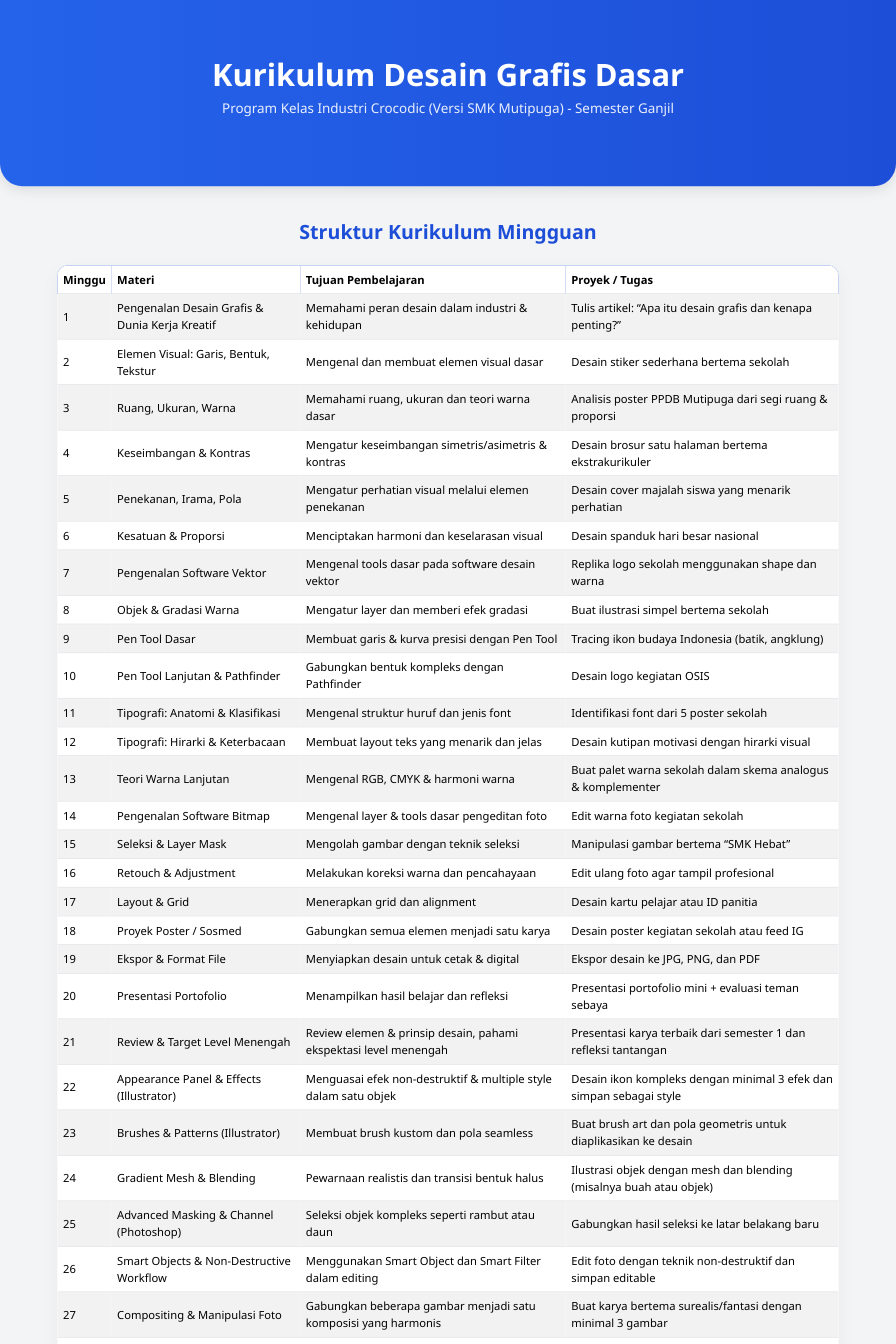
Repository: ppdbsmkmutipuga/kurikulumdesain
Page: index.html
These files come from the project's save history. The page is drawn as it stood at one moment and after the next save; the edit follows.
The browser window is 1280 px wide. The pictures show the part of the page from y = 0 to 1920 px (the page is 2891 px tall before and 2997 px after), at 70% of full size.

Above is the page before, as saved 2025-07-01 03:59:10.

### index.html
<!-- index.html -->
<!DOCTYPE html>
<html lang="id">

<head>
    <meta charset="UTF-8" />
    <meta name="viewport" content="width=device-width, initial-scale=1.0" />
    <title>Kurikulum Desain Grafis - SMK Mutipuga</title>
    <link href="https://cdn.jsdelivr.net/npm/bootstrap@5.3.3/dist/css/bootstrap.min.css" rel="stylesheet" />
    <link href="style.css" rel="stylesheet" />
</head>

<body>

    <!-- Hero Section -->
    <section class="hero">
        <div class="container">
            <h1>Kurikulum Desain Grafis Dasar</h1>
            <p>Program Kelas Industri Crocodic (Versi SMK Mutipuga) - Semester Ganjil</p>
        </div>
    </section>


    <!-- Table Section -->
    <section class="container my-5">
        <h2 class="section-title">Struktur Kurikulum Mingguan</h2>
        <div class="table-container">
            <div class="table-responsive">
                <table class="table table-striped table-hover align-middle mb-0" id="kurikulumTable">
                    <thead>
                        <tr>
                            <th scope="col">Minggu</th>
                            <th scope="col">Materi</th>
                            <th scope="col">Tujuan Pembelajaran</th>
                            <th scope="col">Proyek / Tugas</th>
                        </tr>
                    </thead>
                    <tbody>
                        <tr>
                            <td>1</td>
                            <td>Pengenalan Desain Grafis & Dunia Kerja Kreatif</td>
                            <td>Memahami peran desain dalam industri & kehidupan</td>
                            <td>Tulis artikel: “Apa itu desain grafis dan kenapa penting?”</td>
                        </tr>
                        <tr>
                            <td>2</td>
                            <td>Elemen Visual: Garis, Bentuk, Tekstur</td>
                            <td>Mengenal dan membuat elemen visual dasar</td>
                            <td>Desain stiker sederhana bertema sekolah</td>
                        </tr>
                        <tr>
                            <td>3</td>
                            <td>Ruang, Ukuran, Warna</td>
                            <td>Memahami ruang, ukuran dan teori warna dasar</td>
                            <td>Analisis poster PPDB Mutipuga dari segi ruang & proporsi</td>
                        </tr>
                        <tr>
                            <td>4</td>
                            <td>Keseimbangan & Kontras</td>
                            <td>Mengatur keseimbangan simetris/asimetris & kontras</td>
                            <td>Desain brosur satu halaman bertema ekstrakurikuler</td>
                        </tr>
                        <tr>
                            <td>5</td>
                            <td>Penekanan, Irama, Pola</td>
                            <td>Mengatur perhatian visual melalui elemen penekanan</td>
                            <td>Desain cover majalah siswa yang menarik perhatian</td>
                        </tr>
                        <tr>
                            <td>6</td>
                            <td>Kesatuan & Proporsi</td>
                            <td>Menciptakan harmoni dan keselarasan visual</td>
                            <td>Desain spanduk hari besar nasional</td>
                        </tr>
                        <tr>
                            <td>7</td>
                            <td>Pengenalan Software Vektor</td>
                            <td>Mengenal tools dasar pada software desain vektor</td>
                            <td>Replika logo sekolah menggunakan shape dan warna</td>
                        </tr>
                        <tr>
                            <td>8</td>
                            <td>Objek & Gradasi Warna</td>
                            <td>Mengatur layer dan memberi efek gradasi</td>
                            <td>Buat ilustrasi simpel bertema sekolah</td>
                        </tr>
                        <tr>
                            <td>9</td>
                            <td>Pen Tool Dasar</td>
                            <td>Membuat garis & kurva presisi dengan Pen Tool</td>
                            <td>Tracing ikon budaya Indonesia (batik, angklung)</td>
                        </tr>
                        <tr>
                            <td>10</td>
                            <td>Pen Tool Lanjutan & Pathfinder</td>
                            <td>Gabungkan bentuk kompleks dengan Pathfinder</td>
                            <td>Desain logo kegiatan OSIS</td>
                        </tr>
                        <tr>
                            <td>11</td>
                            <td>Tipografi: Anatomi & Klasifikasi</td>
                            <td>Mengenal struktur huruf dan jenis font</td>
                            <td>Identifikasi font dari 5 poster sekolah</td>
                        </tr>
                        <tr>
                            <td>12</td>
                            <td>Tipografi: Hirarki & Keterbacaan</td>
                            <td>Membuat layout teks yang menarik dan jelas</td>
                            <td>Desain kutipan motivasi dengan hirarki visual</td>
                        </tr>
                        <tr>
                            <td>13</td>
                            <td>Teori Warna Lanjutan</td>
                            <td>Mengenal RGB, CMYK & harmoni warna</td>
                            <td>Buat palet warna sekolah dalam skema analogus & komplementer</td>
                        </tr>
                        <tr>
                            <td>14</td>
                            <td>Pengenalan Software Bitmap</td>
                            <td>Mengenal layer & tools dasar pengeditan foto</td>
                            <td>Edit warna foto kegiatan sekolah</td>
                        </tr>
                        <tr>
                            <td>15</td>
                            <td>Seleksi & Layer Mask</td>
                            <td>Mengolah gambar dengan teknik seleksi</td>
                            <td>Manipulasi gambar bertema “SMK Hebat”</td>
                        </tr>
                        <tr>
                            <td>16</td>
                            <td>Retouch & Adjustment</td>
                            <td>Melakukan koreksi warna dan pencahayaan</td>
                            <td>Edit ulang foto agar tampil profesional</td>
                        </tr>
                        <tr>
                            <td>17</td>
                            <td>Layout & Grid</td>
                            <td>Menerapkan grid dan alignment</td>
                            <td>Desain kartu pelajar atau ID panitia</td>
                        </tr>
                        <tr>
                            <td>18</td>
                            <td>Proyek Poster / Sosmed</td>
                            <td>Gabungkan semua elemen menjadi satu karya</td>
                            <td>Desain poster kegiatan sekolah atau feed IG</td>
                        </tr>
                        <tr>
                            <td>19</td>
                            <td>Ekspor & Format File</td>
                            <td>Menyiapkan desain untuk cetak & digital</td>
                            <td>Ekspor desain ke JPG, PNG, dan PDF</td>
                        </tr>
                        <tr>
                            <td>20</td>
                            <td>Presentasi Portofolio</td>
                            <td>Menampilkan hasil belajar dan refleksi</td>
                            <td>Presentasi portofolio mini + evaluasi teman sebaya</td>
                        </tr>
                        <tr>
                            <td>21</td>
                            <td>Review & Target Level Menengah</td>
                            <td>Review elemen & prinsip desain, pahami ekspektasi level menengah</td>
                            <td>Presentasi karya terbaik dari semester 1 dan refleksi tantangan</td>
                        </tr>
                        <tr>
                            <td>22</td>
                            <td>Appearance Panel & Effects (Illustrator)</td>
                            <td>Menguasai efek non-destruktif & multiple style dalam satu objek</td>
                            <td>Desain ikon kompleks dengan minimal 3 efek dan simpan sebagai style</td>
                        </tr>
                        <tr>
                            <td>23</td>
                            <td>Brushes & Patterns (Illustrator)</td>
                            <td>Membuat brush kustom dan pola seamless</td>
                            <td>Buat brush art dan pola geometris untuk diaplikasikan ke desain</td>
                        </tr>
                        <tr>
                            <td>24</td>
                            <td>Gradient Mesh & Blending</td>
                            <td>Pewarnaan realistis dan transisi bentuk halus</td>
                            <td>Ilustrasi objek dengan mesh dan blending (misalnya buah atau objek)</td>
                        </tr>
                        <tr>
                            <td>25</td>
                            <td>Advanced Masking & Channel (Photoshop)</td>
                            <td>Seleksi objek kompleks seperti rambut atau daun</td>
                            <td>Gabungkan hasil seleksi ke latar belakang baru</td>
                        </tr>
                        <tr>
                            <td>26</td>
                            <td>Smart Objects & Non-Destructive Workflow</td>
                            <td>Menggunakan Smart Object dan Smart Filter dalam editing</td>
                            <td>Edit foto dengan teknik non-destruktif dan simpan editable</td>
                        </tr>
                        <tr>
                            <td>27</td>
                            <td>Compositing & Manipulasi Foto</td>
                            <td>Gabungkan beberapa gambar menjadi satu komposisi yang harmonis</td>
                            <td>Buat karya bertema surealis/fantasi dengan minimal 3 gambar</td>
                        </tr>
                        <tr>
                            <td>28</td>
                            <td>Font Pairing & Hirarki Tipografi Lanjut</td>
                            <td>Gunakan kombinasi font yang efektif dan hirarki teks yang kompleks</td>
                            <td>Desain halaman majalah atau web dengan 3 level teks dan font pairing</td>
                        </tr>
                        <tr>
                            <td>29</td>
                            <td>Typographic Grid & Readability</td>
                            <td>Menggunakan grid dan memahami keterbacaan teks panjang</td>
                            <td>Rancang ulang artikel agar lebih rapi dan nyaman dibaca</td>
                        </tr>
                        <tr>
                            <td>30</td>
                            <td>Psikologi Warna & Palet Kustom</td>
                            <td>Pahami pengaruh warna terhadap persepsi</td>
                            <td>Buat 2 palet warna untuk brand fiktif, berikan justifikasi</td>
                        </tr>
                        <tr>
                            <td>31</td>
                            <td>Logo & Identitas Visual Dasar</td>
                            <td>Pahami jenis-jenis logo dan elemen visual</td>
                            <td>Analisis logo UKM lokal dan berikan saran pengembangan</td>
                        </tr>
                        <tr>
                            <td>32</td>
                            <td>Logo Variasi & Style Guide Dasar</td>
                            <td>Desain versi logo berbeda dan panduan penggunaannya</td>
                            <td>Buat minimal 3 versi logo + 1 halaman style guide sederhana</td>
                        </tr>
                        <tr>
                            <td>33</td>
                            <td>InDesign: Master Pages</td>
                            <td>Mengenal interface dan penggunaan master page</td>
                            <td>Desain dokumen 4 halaman dengan elemen tetap (nomor, header)</td>
                        </tr>
                        <tr>
                            <td>34</td>
                            <td>InDesign: Styles & Text Flow</td>
                            <td>Membuat paragraph styles dan mengatur aliran teks</td>
                            <td>Desain artikel dummy dengan text threading dan paragraph styles</td>
                        </tr>
                        <tr>
                            <td>35</td>
                            <td>UI/UX Design Principles</td>
                            <td>Memahami prinsip dasar usability dan perbedaan UI/UX</td>
                            <td>Analisis aplikasi populer dan evaluasi prinsip usability-nya</td>
                        </tr>
                        <tr>
                            <td>36</td>
                            <td>Desain Elemen UI Dasar</td>
                            <td>Desain tombol, form, dan komponen lain dengan berbagai state</td>
                            <td>Buat set UI: tombol, form, card dengan tampilan konsisten</td>
                        </tr>
                        <tr>
                            <td>37</td>
                            <td>Brief, Riset & Moodboard</td>
                            <td>Menganalisis brief dan membuat visual moodboard</td>
                            <td>Buat moodboard untuk proyek branding fiktif</td>
                        </tr>
                        <tr>
                            <td>38</td>
                            <td>Proyek Integratif</td>
                            <td>Menggabungkan semua skill dalam satu proyek besar</td>
                            <td>Lanjutkan proyek branding/brosur/UI berdasarkan brief</td>
                        </tr>
                        <tr>
                            <td>39</td>
                            <td>Print & Web Optimization</td>
                            <td>Optimalkan file desain untuk cetak dan web</td>
                            <td>Ekspor proyek ke versi cetak (PDF) dan digital (JPG/PNG)</td>
                        </tr>
                        <tr>
                            <td>40</td>
                            <td>Portfolio Review & Karir</td>
                            <td>Review proyek akhir dan diskusi karir desain</td>
                            <td>Presentasikan proyek akhir + 3–5 karya untuk portofolio mini</td>
                        </tr>

                    </tbody>
                </table>
            </div>
    </section>


    <!-- Footer -->
    <footer>
        &copy; 2025 SMK Muhammadiyah 3 Pucang Gading | Program Kelas Industri Crocodic
    </footer>

    <script src="https://cdn.jsdelivr.net/npm/bootstrap@5.3.3/dist/js/bootstrap.bundle.min.js"></script>
    <script src="script.js"></script>
</body>

</html>

### style.css
body {
  font-family: 'Segoe UI', sans-serif;
  background-color: #f3f4f6;
  color: #1f2937;
}

.hero {
  background: linear-gradient(to right, #2563eb, #1d4ed8);
  color: white;
  padding: 80px 0;
  text-align: center;
  border-bottom-left-radius: 2rem;
  border-bottom-right-radius: 2rem;
  box-shadow: 0 5px 20px rgba(0, 0, 0, 0.1);
}

.hero h1 {
  font-size: 2.75rem;
  font-weight: 700;
}

.hero p {
  font-size: 1.2rem;
  opacity: 0.9;
}

.section-title {
  margin-top: 3rem;
  margin-bottom: 2rem;
  font-weight: 600;
  font-size: 1.75rem;
  text-align: center;
  color: #1d4ed8;
}

.table-container {
  border-radius: 1rem;
  overflow: hidden;
  box-shadow: 0 8px 24px rgba(0, 0, 0, 0.05);
  background-color: white;
}

thead {
  background-color: #1d4ed8;
  color: white;
}

.table-striped tbody tr:nth-of-type(odd) {
  background-color: #f9fafb;
}

footer {
  background-color: #f1f5f9;
  text-align: center;
  padding: 1.5rem 0;
  margin-top: 4rem;
  font-size: 0.95rem;
  color: #64748b;
}

### script.js
// script.js
document.addEventListener('DOMContentLoaded', () => {
    const rows = document.querySelectorAll('#kurikulumTable tbody tr');

    rows.forEach(row => {
        row.addEventListener('mouseover', () => {
            row.style.backgroundColor = '#e0f2fe';
        });
        row.addEventListener('mouseout', () => {
            row.style.backgroundColor = '';
        });
    });
});

After the next save:
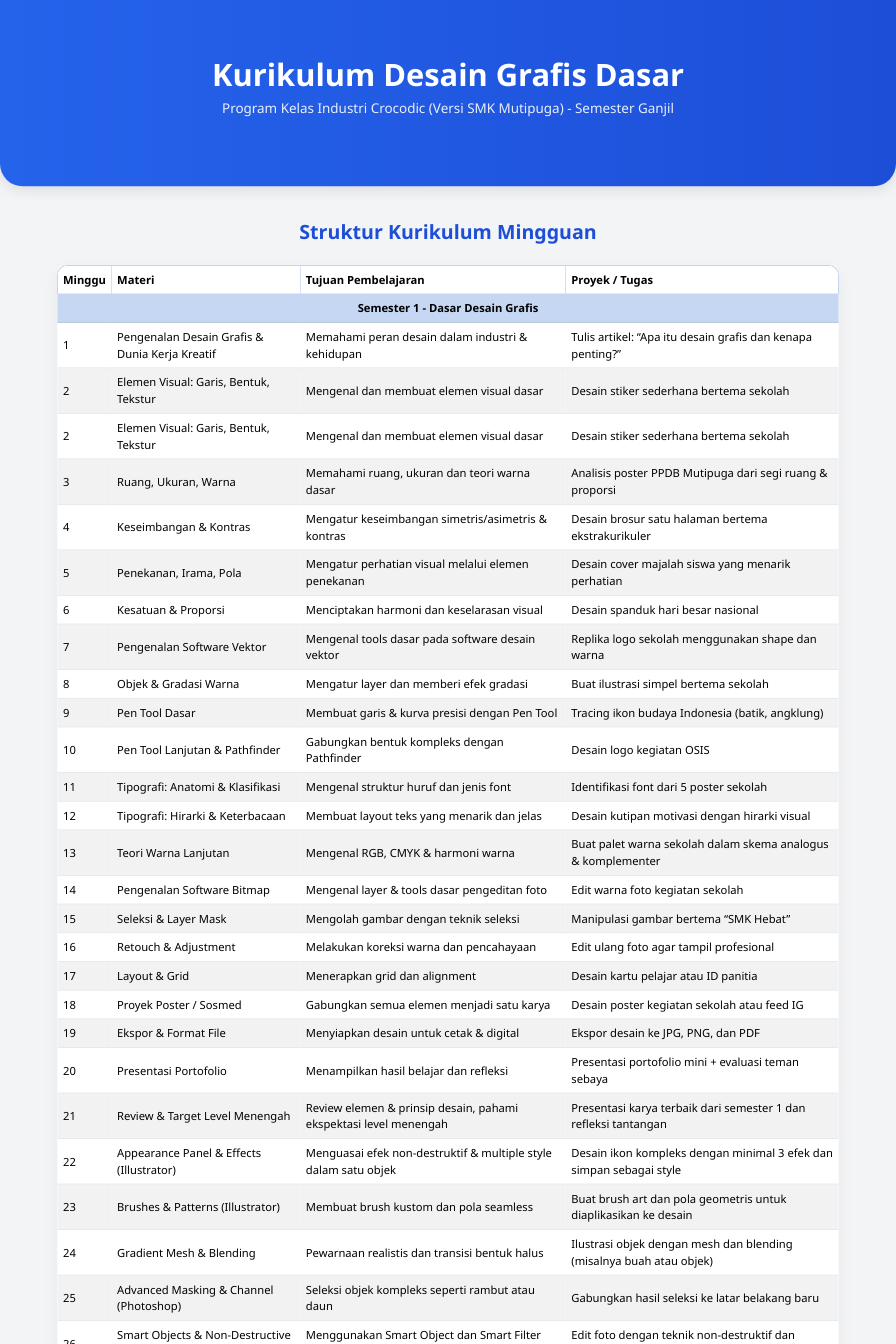
Saved 3 min 3 s later.
--- a/index.html
+++ b/index.html
@@ -36,6 +36,10 @@
                         </tr>
                     </thead>
                     <tbody>
+                        <!-- Semester 1 -->
+                        <tr class="table-primary text-center fw-bold">
+                            <td colspan="4">Semester 1 - Dasar Desain Grafis</td>
+                        </tr>
                         <tr>
                             <td>1</td>
                             <td>Pengenalan Desain Grafis & Dunia Kerja Kreatif</td>
@@ -49,6 +53,12 @@
                             <td>Desain stiker sederhana bertema sekolah</td>
                         </tr>
                         <tr>
+                            <td>2</td>
+                            <td>Elemen Visual: Garis, Bentuk, Tekstur</td>
+                            <td>Mengenal dan membuat elemen visual dasar</td>
+                            <td>Desain stiker sederhana bertema sekolah</td>
+                        </tr>
+                        <tr>
                             <td>3</td>
                             <td>Ruang, Ukuran, Warna</td>
                             <td>Memahami ruang, ukuran dan teori warna dasar</td>
